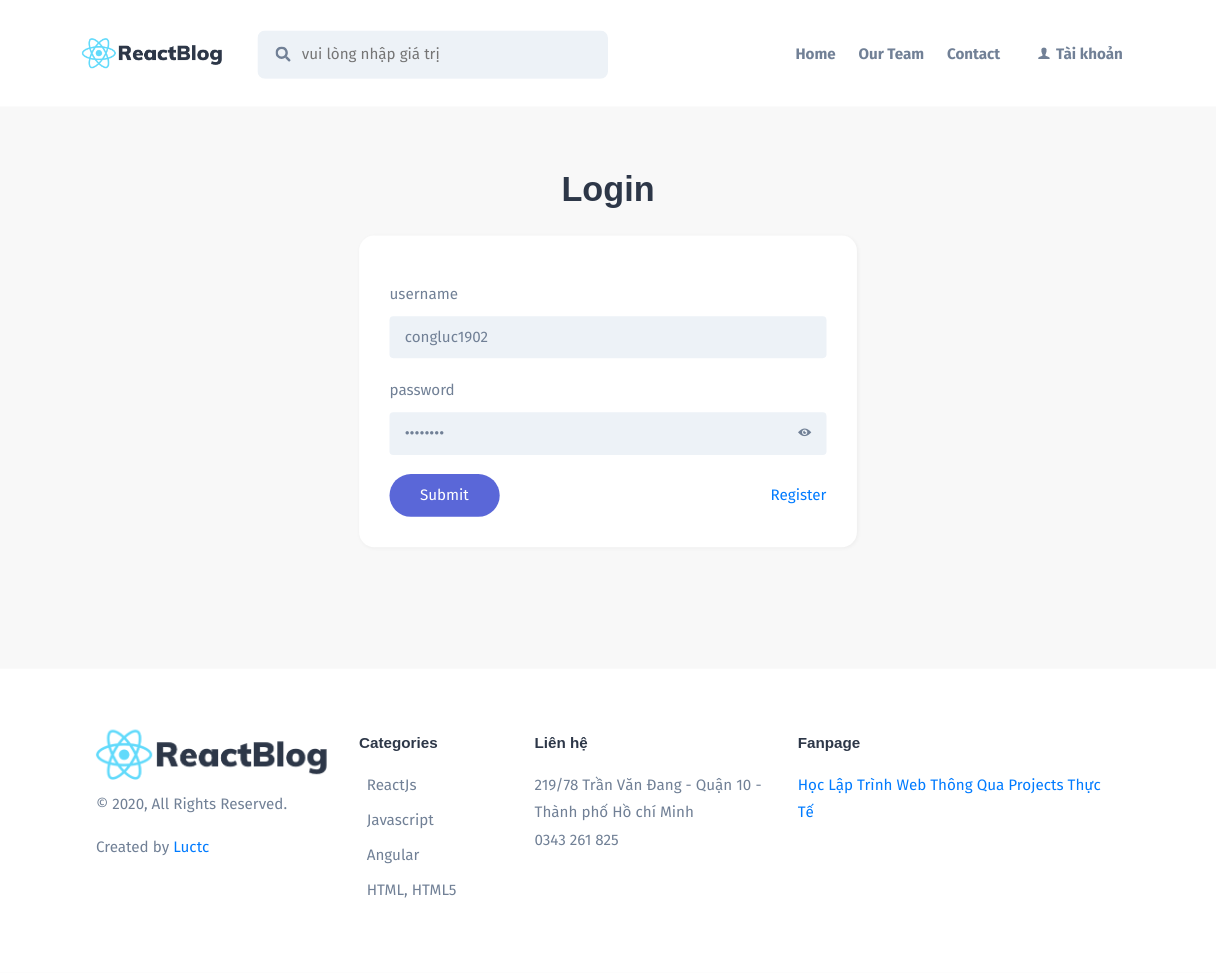
Repository: khuong30082000/Project-by-khuong
Page: /login
These files come from the project's save history. The page is drawn as it stood at one moment and after the next save; the edit follows.
The browser window is 1280 px wide. The pictures show the whole page, at 95% of full size.
The page's requests for data from a server got no answer. Some web fonts or font styles are not loaded; a fallback is used. The project was rebuilt for these pictures with package versions that can differ from the ones it lists, and the page was loaded fresh each time. No one was signed in, and anything a server would have sent is missing. Also part of the build but not shown: src/components/ArticleLatest/latest-news-list.css, src/components/shared/MainTitle/main-title.css, src/components/shared/IconLoading.js, src/components/shared/MainTitle/index.js, src/components/ArticleItems/article-item.css, src/components/ArticleItems/ArticleItemThumb.js, src/components/ArticleItems/ArticleItemTitle.js, src/components/ArticleItems/ArticleItemAvatar.js and 27 more.

Above is the page before, as saved 2022-04-15 11:35:32.

After the next save:
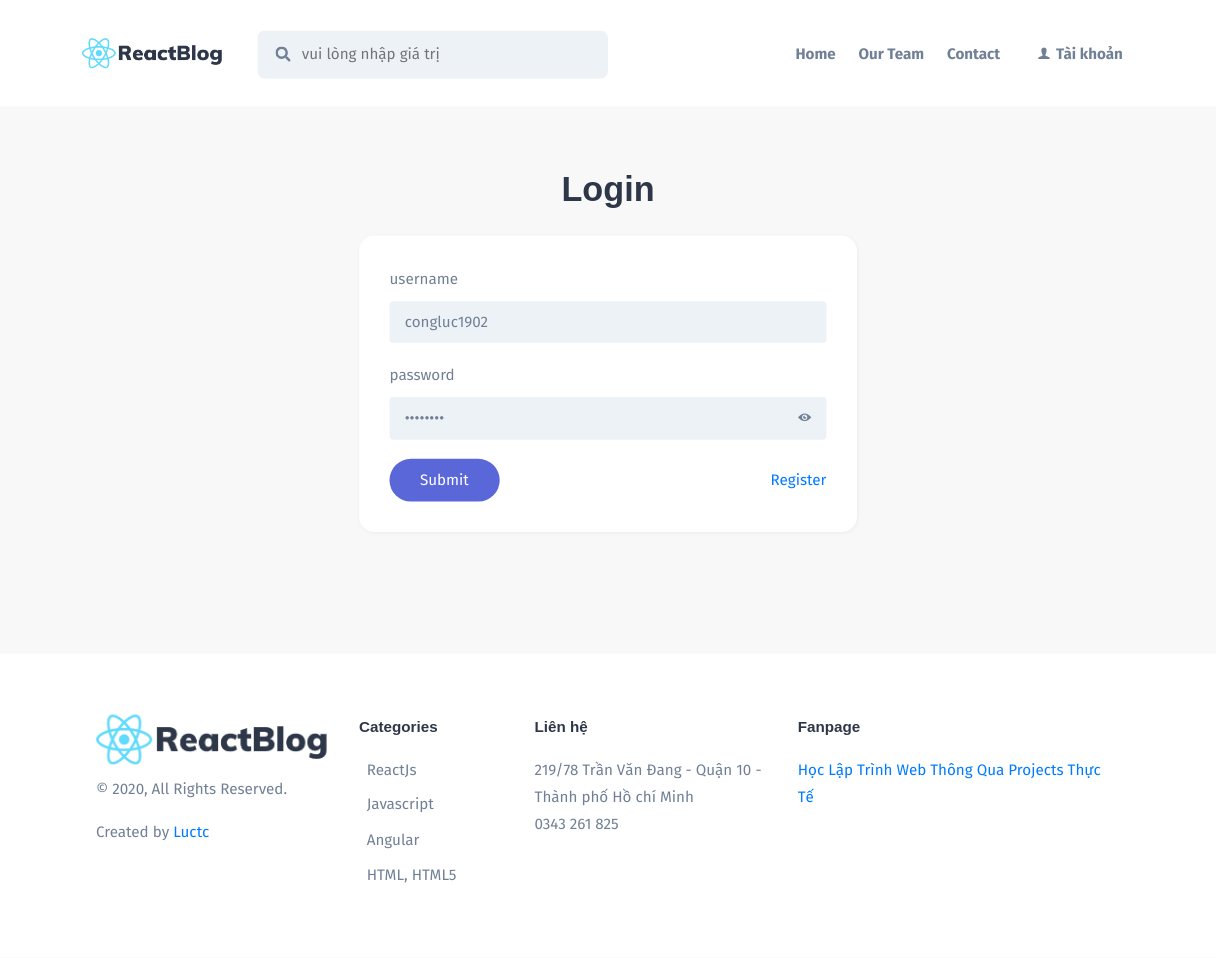
Saved 64 s later.
--- a/src/pages/LoginPage/index.js
+++ b/src/pages/LoginPage/index.js
@@ -95,7 +95,7 @@ function LoginPage() {
           <div className="tcl-col-12 tcl-col-sm-6 block-center">
             <h1 className="form-title text-center">Login</h1>
             <div className="form-login-register">
-              <p className="form-login__error">{formError}</p>
+             {formError &&  <p className="form-login__error">{formError}</p> }
               <form autoComplete="off" onSubmit={handleSubmit}>
                 <Input
                   label="username"
